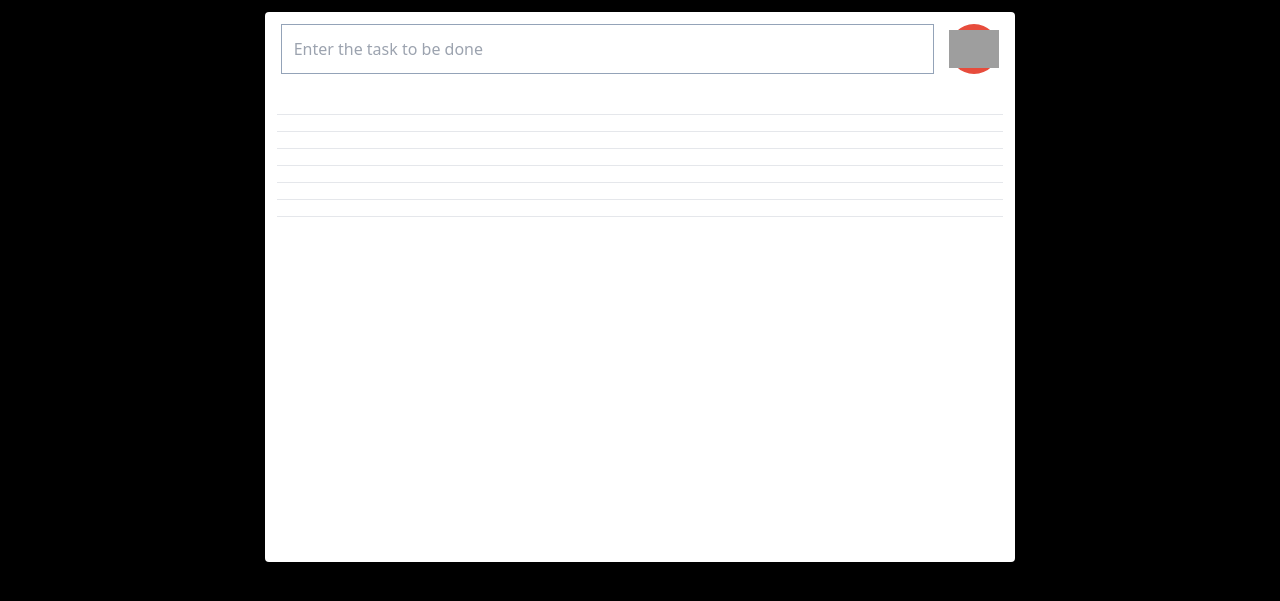
Repository: duttasayan835/todo-app-with-React-and-tailwind-CSS
Page: /
The author's editor kept a copy of each file at every save. The page is drawn from the files as they stood at one save, then again after the next save.
The browser window is 1280 px wide. The pictures show the whole page.
Pictures or frames that could not be fetched are drawn as grey boxes. The project was rebuilt for these pictures with package versions that can differ from the ones it lists, and the page was loaded fresh each time.

Above is the page before, as saved 2024-06-12 11:11:09.

After the next save:
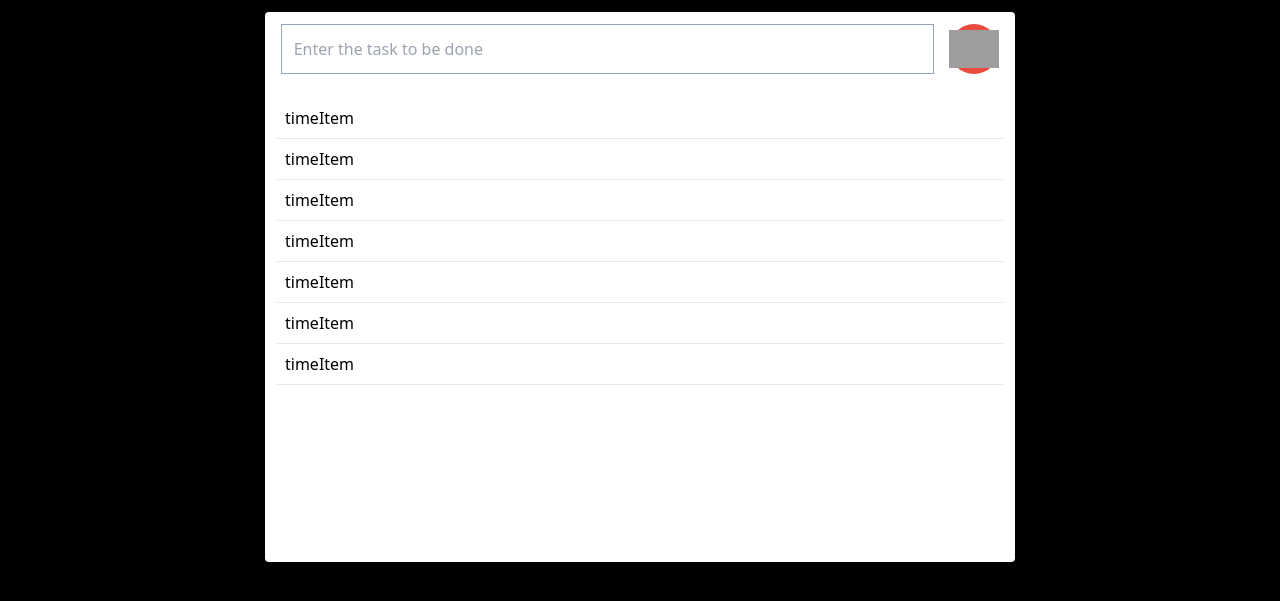
Saved 63 s later.
--- a/src/Components/Item.jsx
+++ b/src/Components/Item.jsx
@@ -3,7 +3,10 @@ import React from "react";
 export default function Item() {
   return (
     <div className="w-full p-2 border-b">
-      <div></div>
+      <div>
+        <span>time</span>
+        <span>Item</span>
+      </div>
       <div></div>
     </div>
   );
